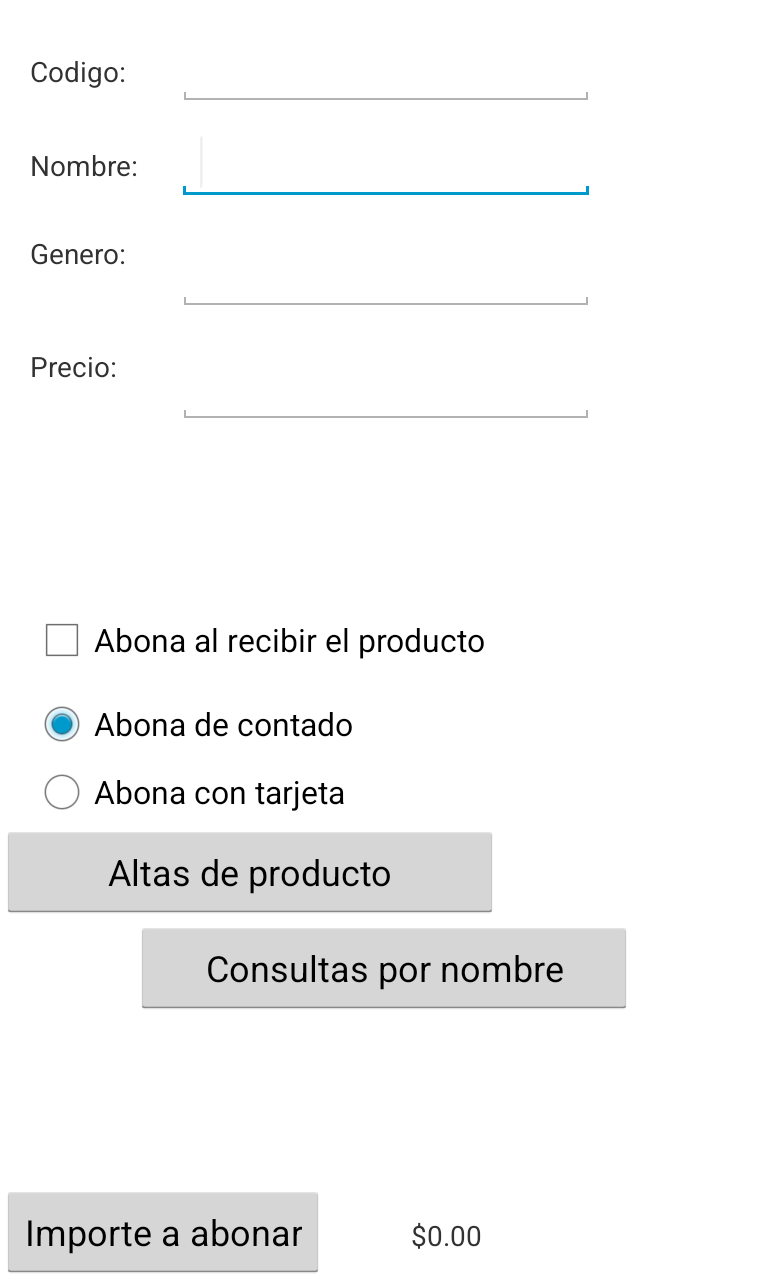
Repository: unknoman/javaAndroidDesempenos
Layout: parcial2h/res/layout/activity_main.xml
An editor plug-in stored every save of this project. The layout is shown before and after the next save, followed by the edit.
It is drawn on a 768 x 1280 px phone screen (xhdpi) without system bars, with theme AppTheme; the app's code is not run.

Above is the layout before, as saved 2022-06-16 06:34:03.

### parcial2h/res/layout/activity_main.xml
<RelativeLayout xmlns:android="http://schemas.android.com/apk/res/android"
    xmlns:tools="http://schemas.android.com/tools"
    android:layout_width="match_parent"
    android:layout_height="match_parent"
    tools:context=".MainActivity" >

    <TextView
        android:id="@+id/textView2"
        android:layout_width="wrap_content"
        android:layout_height="wrap_content"
        android:layout_alignParentLeft="true"
        android:layout_below="@+id/textView1"
        android:layout_marginLeft="15dp"
        android:layout_marginTop="28dp"
        android:text="Nombre:" />

    <TextView
        android:id="@+id/textView1"
        android:layout_width="wrap_content"
        android:layout_height="wrap_content"
        android:layout_alignLeft="@+id/textView2"
        android:layout_alignParentTop="true"
        android:layout_marginTop="26dp"
        android:text="Codigo:" />

    <TextView
        android:id="@+id/textView3"
        android:layout_width="wrap_content"
        android:layout_height="wrap_content"
        android:layout_alignRight="@+id/textView1"
        android:layout_below="@+id/textView2"
        android:layout_marginTop="25dp"
        android:text="Genero:" />

    <EditText
        android:id="@+id/et1"
        android:layout_width="wrap_content"
        android:layout_height="wrap_content"
        android:layout_alignBaseline="@+id/textView1"
        android:layout_alignBottom="@+id/textView1"
        android:layout_marginLeft="19dp"
        android:layout_toRightOf="@+id/textView2"
        android:ems="10"
        android:inputType="number" />

    <EditText
        android:id="@+id/et2"
        android:layout_width="wrap_content"
        android:layout_height="wrap_content"
        android:layout_alignBaseline="@+id/textView2"
        android:layout_alignBottom="@+id/textView2"
        android:layout_alignLeft="@+id/et1"
        android:ems="10" >

        <requestFocus />
    </EditText>

    <EditText
        android:id="@+id/et3"
        android:layout_width="wrap_content"
        android:layout_height="wrap_content"
        android:layout_alignLeft="@+id/et2"
        android:layout_alignTop="@+id/textView3"
        android:ems="10" />

    <EditText
        android:id="@+id/et4"
        android:layout_width="wrap_content"
        android:layout_height="wrap_content"
        android:layout_alignLeft="@+id/et3"
        android:layout_alignTop="@+id/textView4"
        android:ems="10"
        android:inputType="numberDecimal" />

    <TextView
        android:id="@+id/textView4"
        android:layout_width="wrap_content"
        android:layout_height="wrap_content"
        android:layout_alignLeft="@+id/textView2"
        android:layout_below="@+id/et3"
        android:layout_marginTop="17dp"
        android:text="Precio:" />

    <CheckBox
        android:id="@+id/cb1"
        android:layout_width="wrap_content"
        android:layout_height="wrap_content"
        android:layout_alignLeft="@+id/textView4"
        android:layout_centerVertical="true"
        android:text="Abona al recibir el producto" />

    <RadioGroup
        android:id="@+id/radioGroup1"
        android:layout_width="wrap_content"
        android:layout_height="wrap_content"
        android:layout_alignLeft="@+id/cb1"
        android:layout_below="@+id/cb1"
        android:layout_marginTop="34dp" >

        <RadioButton
            android:id="@+id/radio1"
            android:layout_width="wrap_content"
            android:layout_height="wrap_content"
             android:layout_marginTop="10dp"
            android:text="Abona con tarjeta" />
    </RadioGroup>

    <RadioButton
        android:id="@+id/radio0"
        android:layout_width="wrap_content"
        android:layout_height="wrap_content"
        android:layout_alignLeft="@+id/radioGroup1"
        android:layout_below="@+id/cb1"
        android:layout_marginTop="10dp"
        android:checked="true"
        android:text="Abona de contado" />

    <Button
        android:id="@+id/button1"
        android:layout_width="250"
        android:layout_height="wrap_content"
        android:layout_alignParentLeft="true"
        android:layout_below="@+id/radioGroup1"
        android:minWidth="64dp"
        android:text="Altas de producto" />

    <Button
        android:id="@+id/button2"
        android:layout_width="250"
        android:layout_height="wrap_content"
        android:layout_below="@+id/button1"
        android:layout_centerHorizontal="true"
        android:text="Consultas por nombre" />

    <Button
        android:id="@+id/button3"
        android:layout_width="wrap_content"
        android:layout_height="wrap_content"
        android:layout_alignParentBottom="true"
        android:layout_alignParentLeft="true"
        android:text="Importe a abonar" />

    <TextView
        android:id="@+id/tv1"
        android:layout_width="wrap_content"
        android:layout_height="wrap_content"
        android:layout_alignBaseline="@+id/button3"
        android:layout_alignBottom="@+id/button3"
        android:layout_marginLeft="29dp"
        android:layout_toRightOf="@+id/radio0"
        android:text="$0.00" />

</RelativeLayout>

Loaded but not shown: parcial2h/res/values/styles.xml (common file); parcial2h/res/values-v11/styles.xml (common file); parcial2h/res/values-v14/styles.xml (common file)

After the next save:
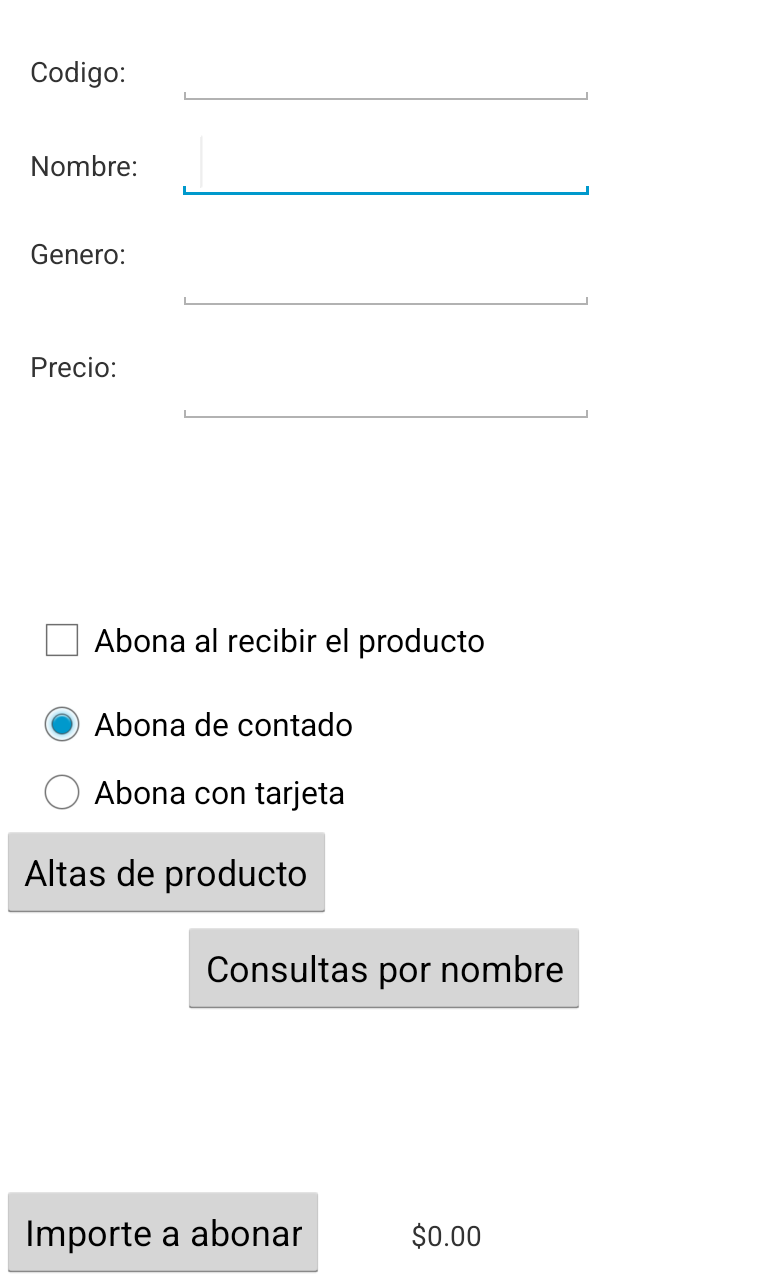
Saved 37 s later.
--- a/parcial2h/res/layout/activity_main.xml
+++ b/parcial2h/res/layout/activity_main.xml
@@ -117,7 +117,7 @@
 
     <Button
         android:id="@+id/button1"
-        android:layout_width="250"
+        android:layout_width="wrap_content"
         android:layout_height="wrap_content"
         android:layout_alignParentLeft="true"
         android:layout_below="@+id/radioGroup1"
@@ -126,7 +126,7 @@
 
     <Button
         android:id="@+id/button2"
-        android:layout_width="250"
+        android:layout_width="wrap_content"
         android:layout_height="wrap_content"
         android:layout_below="@+id/button1"
         android:layout_centerHorizontal="true"
